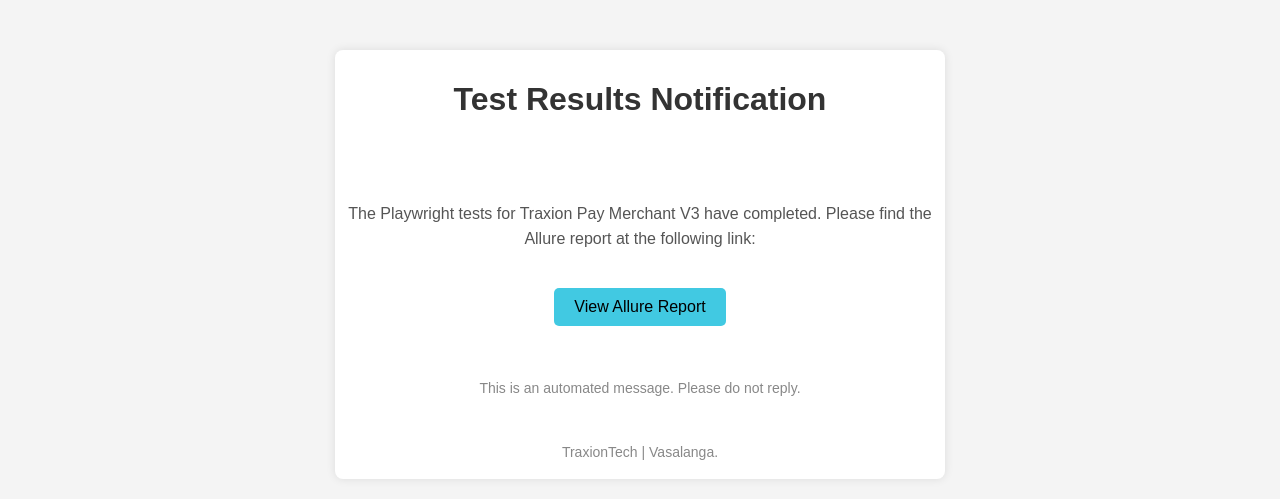
Repository: jmendozaqa24/TraxionPay-V3
Page: template.html
An editor plug-in stored every save of this project. The page is shown before and after the next save, followed by the edit.
The browser window is 1280 px wide. The pictures show the whole page.

Above is the page before, as saved 2025-01-31 10:02:53.

### template.html
<!DOCTYPE html>
            <html lang="en">
            <head>
                <meta charset="UTF-8">
                <meta name="viewport" content="width=device-width, initial-scale=1.0">
                <title>Test Results Notification</title>
            </head>
            <body style="font-family: Arial, sans-serif; background-color: #f4f4f4; margin: 5px 0; padding: 25px 0;">
                <div style="max-width: 600px; margin: 20px auto; background-color: #ffffff; padding: 5px; border-radius: 8px; box-shadow: 0 0 10px rgba(0, 0, 0, 0.1);">
                    <div style="text-align: center; padding-bottom: 20px;">
                        <h1 style="color: #333333; margin: 5; padding: 5px 0; ">Test Results Notification</h1>
                    </div>
                    <div style="text-align: center; padding: 20px 0;">
                        <p style="color: #555555; font-size: 16px; line-height: 1.6;">
                            The Playwright tests for Traxion Pay Merchant V3 have completed. Please find the Allure report at the following link:
                        </p>
                        <a href="https://dread-vin.github.io/TraxionPay-V3/"
                            style="display: inline-block; padding: 10px 20px; margin-top: 20px; font-size: 16px; color: #000000; background-color: #41C9E2; border-radius: 5px; text-decoration: none;">
                            View Allure Report
                        </a>
                    </div>
                    <div style="text-align: center; padding-top: 20px; font-size: 14px; color: #888888;">
                        <p>This is an automated message. Please do not reply.</p>
                    </div>
                    <div style="text-align: center; padding-top: 20px; font-size: 14px; color: #888888;">
                        <p>TraxionTech | Vasalanga.</p>
                    </div>
                </div>
            </body>
            </html>

After the next save:
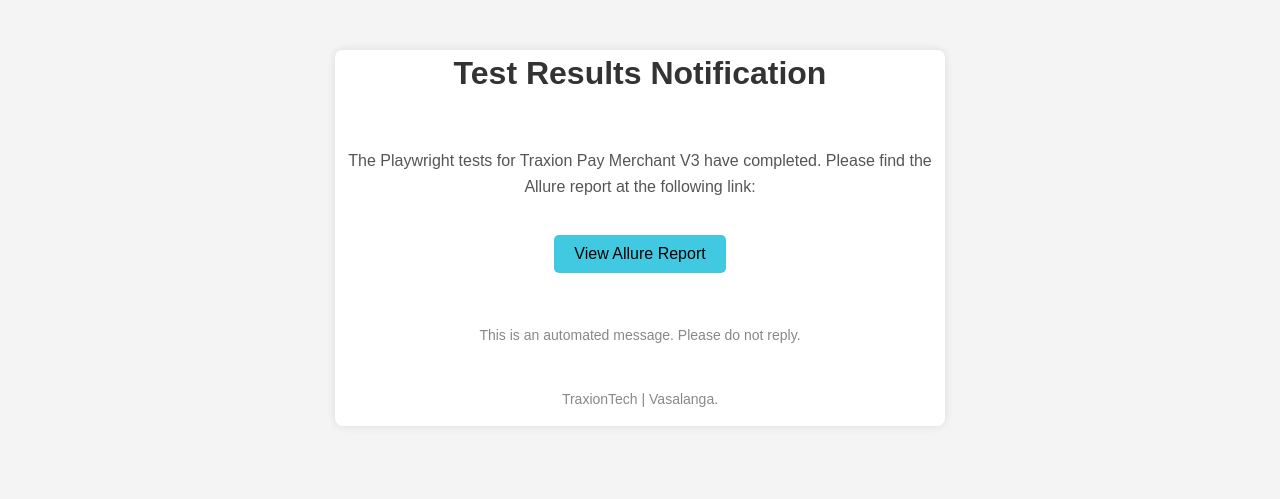
Saved 56 s later.
--- a/template.html
+++ b/template.html
@@ -8,7 +8,7 @@
             <body style="font-family: Arial, sans-serif; background-color: #f4f4f4; margin: 5px 0; padding: 25px 0;">
                 <div style="max-width: 600px; margin: 20px auto; background-color: #ffffff; padding: 5px; border-radius: 8px; box-shadow: 0 0 10px rgba(0, 0, 0, 0.1);">
                     <div style="text-align: center; padding-bottom: 20px;">
-                        <h1 style="color: #333333; margin: 5; padding: 5px 0; ">Test Results Notification</h1>
+                        <h1 style="color: #333333; margin: 0; padding: 0; ">Test Results Notification</h1>
                     </div>
                     <div style="text-align: center; padding: 20px 0;">
                         <p style="color: #555555; font-size: 16px; line-height: 1.6;">

After the 2 saves that followed:
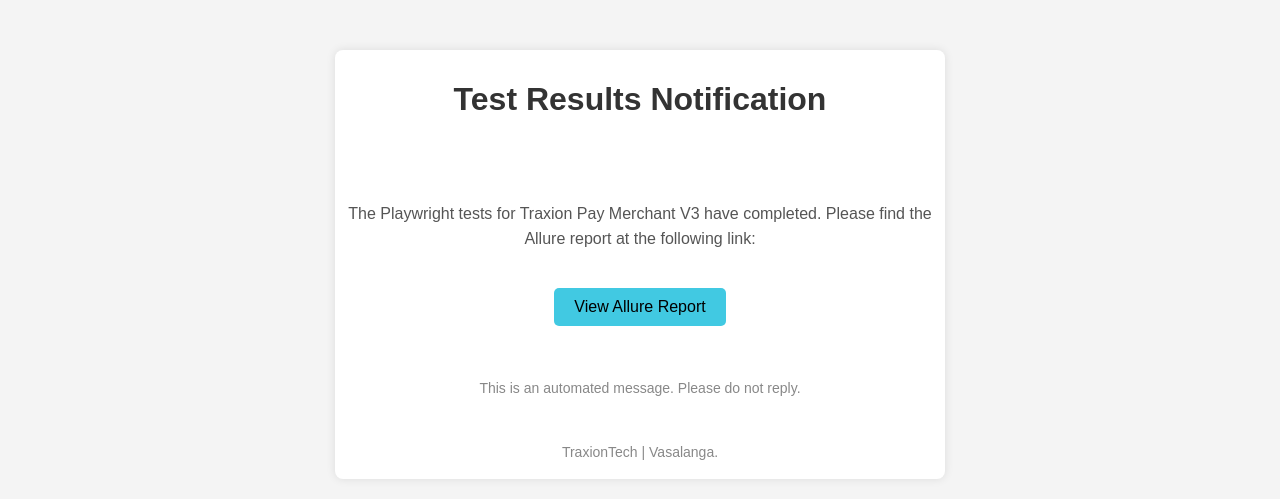
The 2 saves are shown as one change because they came seconds apart.
The last was saved 7 s later.
--- a/template.html
+++ b/template.html
@@ -8,7 +8,7 @@
             <body style="font-family: Arial, sans-serif; background-color: #f4f4f4; margin: 5px 0; padding: 25px 0;">
                 <div style="max-width: 600px; margin: 20px auto; background-color: #ffffff; padding: 5px; border-radius: 8px; box-shadow: 0 0 10px rgba(0, 0, 0, 0.1);">
                     <div style="text-align: center; padding-bottom: 20px;">
-                        <h1 style="color: #333333; margin: 0; padding: 0; ">Test Results Notification</h1>
+                        <h1 style="color: #333333; margin: 5; padding: 5px 0; ">Test Results Notification</h1>
                     </div>
                     <div style="text-align: center; padding: 20px 0;">
                         <p style="color: #555555; font-size: 16px; line-height: 1.6;">
